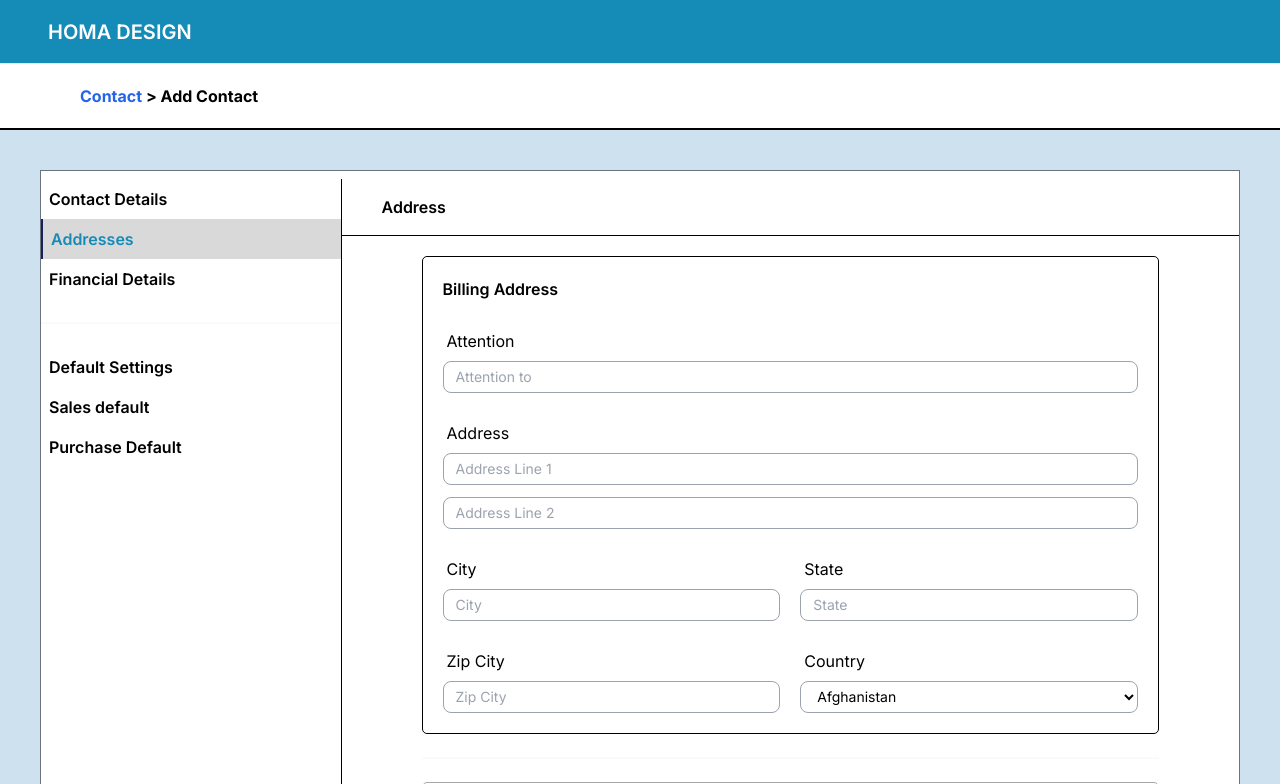
Repository: khairul35/homa-FE
Page: /contact
The author's editor kept a copy of each file at every save. The page is drawn from the files as they stood at one save, then again after the next save.
The browser window is 1280 px wide. The pictures show the whole page.
An inner scrolling area shows only its first screen. The project was rebuilt for these pictures with package versions that can differ from the ones it lists, and the page was loaded fresh each time. The framework's server and built-in components were replaced by stand-ins that run in the browser. Also part of the build but not shown: next.config.js, app/components/layout/header/BusinessMenu.tsx, app/components/layout/header/CompanyMenu.tsx, app/contact/index.component.tsx, app/contact/form/contact-details/index.module.css, app/contact/form/contact-details/index.component.tsx, app/contact/form/contact-details/index.tsx.

Above is the page before, as saved 2024-01-07 21:40:09.

After the next save:
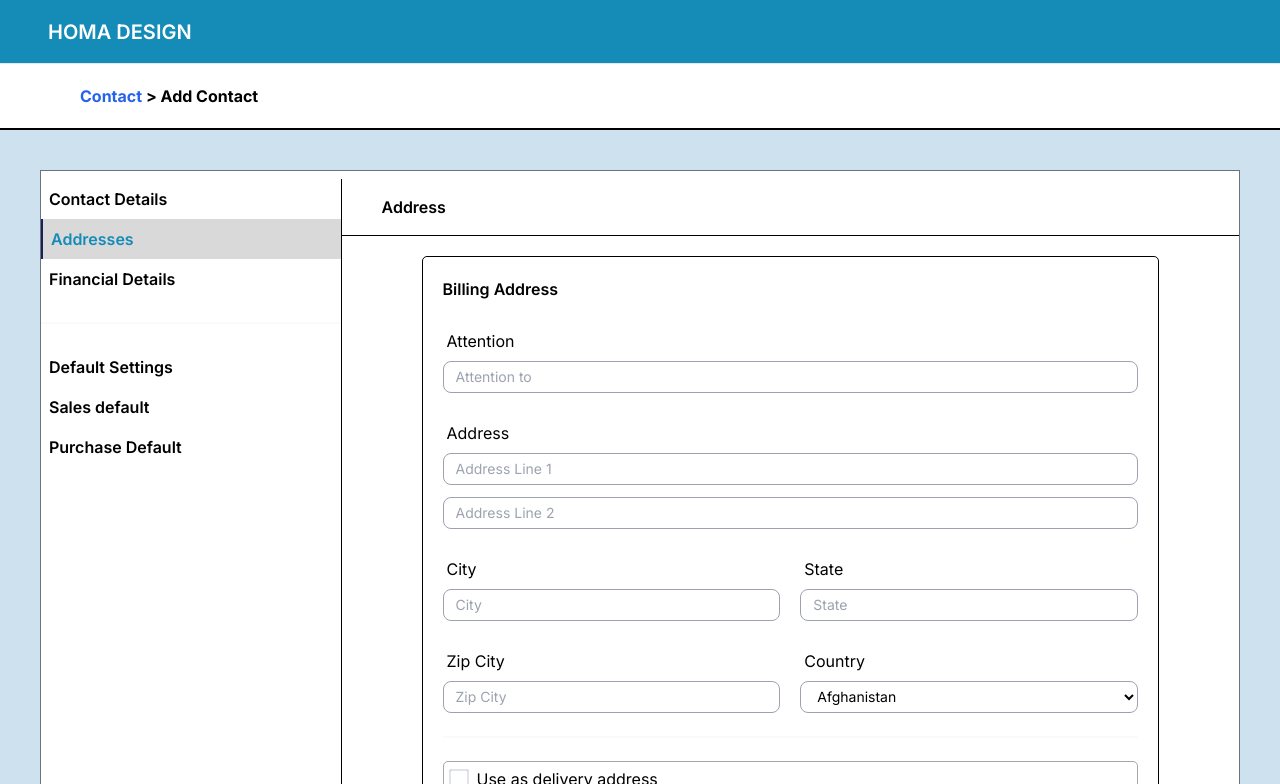
Saved 40 s later.
--- a/app/contact/form/address/index.component.tsx
+++ b/app/contact/form/address/index.component.tsx
@@ -91,13 +91,13 @@ const Component = (props: ComponentProps) => {
                                     </select>
                             </div>
                         </div>
-                    </div>
-                    <div className="divider"></div>
-                    <div className={styles.billingIsDeliveryCheckBox}>
-                        <label className="flex items-center cursor-pointer">
-                            <FakeCheckBox />
-                            <span className="ml-2">Use as delivery address</span>
-                        </label>
+                        <div className="divider"></div>
+                        <div className={styles.billingIsDeliveryCheckBox}>
+                            <label className="flex items-center cursor-pointer">
+                                <FakeCheckBox />
+                                <span className="ml-2">Use as delivery address</span>
+                            </label>
+                        </div>
                     </div>
                     <div className="divider"></div>
                     <div className={styles.addressContainer}>
